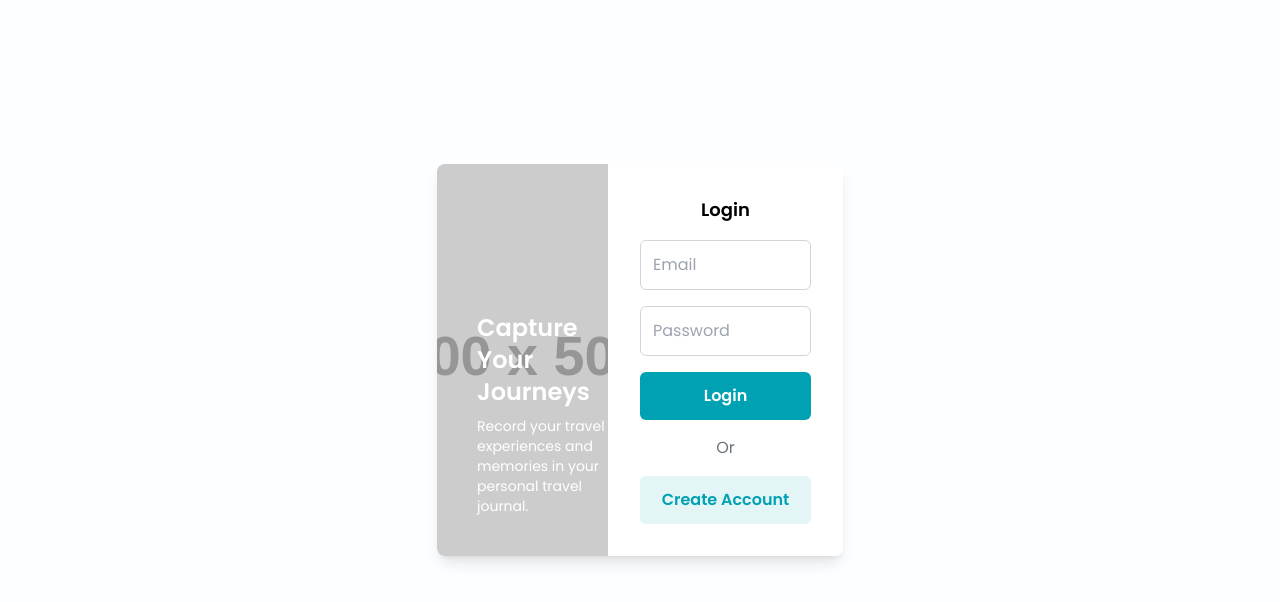
Repository: devi1262005/MERN-blogsite
Page: / (app in frontend/blog-app/)
An editor plug-in stored every save of this project. The page is shown before and after the next save, followed by the edit.
The browser window is 1280 px wide. The pictures show the whole page.
The project was rebuilt for these pictures with package versions that can differ from the ones it lists, and the page was loaded fresh each time. Also part of the build but not shown: frontend/blog-app/vite.config.js, frontend/blog-app/src/pages/auth/SignUp.jsx, frontend/blog-app/src/pages/home/Home.jsx.

Above is the page before, as saved 2024-11-17 13:06:22.

After the next save:
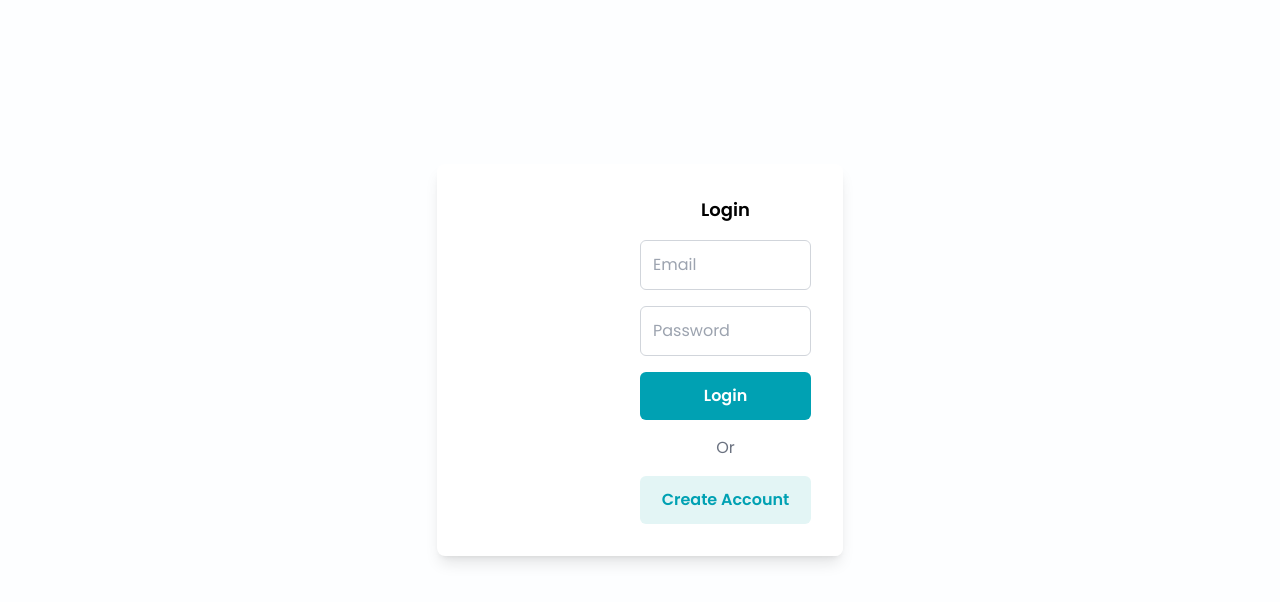
Saved 13 s later.
--- a/frontend/blog-app/src/index.css
+++ b/frontend/blog-app/src/index.css
@@ -26,7 +26,7 @@
 
   .left-section {
     @apply hidden md:flex flex-1 bg-cover bg-center relative;
-    background-image: url("https://via.placeholder.com/500x500.png"); /* Replace with your image */
+    background-image: url(""); /* Replace with your image */
   }
 
   .overlay {
